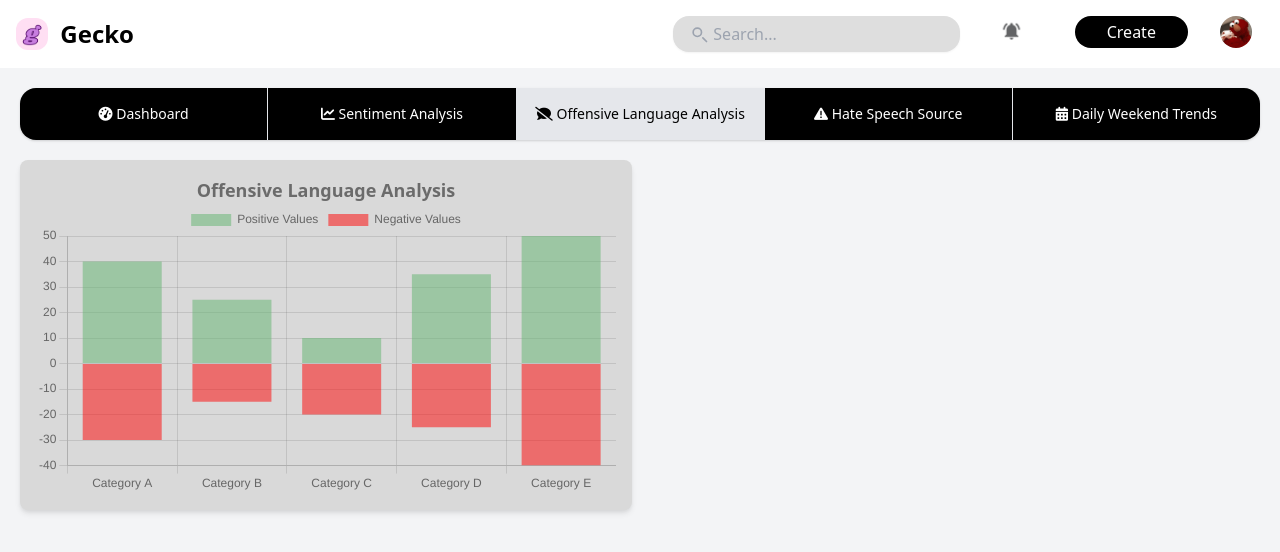
Repository: theamgri/thesis-website-nextjs
Page: OLA.html
These files come from the project's save history. The page is drawn as it stood at one moment and after the next save; the edit follows.
The browser window is 1280 px wide. The pictures show the whole page.

Above is the page before, as saved 2023-10-07 10:20:24.

After the next save:
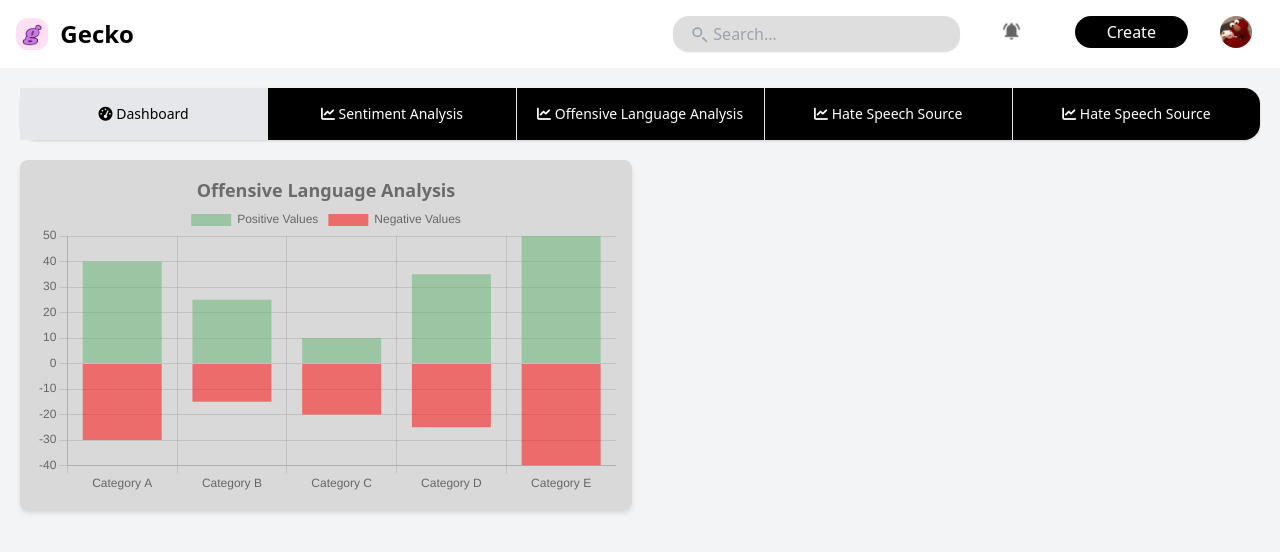
Saved 107 s later.
--- a/OLA.html
+++ b/OLA.html
@@ -91,34 +91,72 @@
     </select>
   </div>
   <ul class="m-5 rounded-2xl drop-shadow-xl hidden text-sm font-medium text-center text-white divide-x divide-gray-200 rounded-lg shadow sm:flex bg-black dark:bg-gray-900 dark:divide-gray-700">
-      <li class="w-full">
-          <a href="#" class="inline-block font-medium w-full p-4 hover:text-white focus:ring-4 focus:ring-blue-300 focus:outline-none dark:hover:bg-gray-700" aria-current="page">
-              <i class="fas fa-tachometer-alt"></i> Dashboard
-          </a>
-      </li>
-      <li class="w-full">
-          <a href="#" class="inline-block font-medium w-full p-4 hover:text-white focus:ring-4 focus:ring-blue-300 focus:outline-none dark:hover:bg-gray-700">
-              <i class="fas fa-chart-line"></i> Sentiment Analysis
-          </a>
-      </li>
-
-
-      <li class="w-full">
-          <a href="#" class="inline-block font-medium w-full p-4 text-black bg-gray-200 focus:ring-4 focus:ring-blue-300 focus:outline-none">
-              <i class="fas fa-comment-slash"></i> Offensive Language Analysis
-          </a>
-      </li>
-      <li class="w-full">
-          <a href="#" class="inline-block font-medium w-full p-4 hover:text-white focus:ring-4 focus:ring-blue-300 focus:outline-none dark:hover:bg-gray-700">
-              <i class="fas fa-exclamation-triangle"></i> Hate Speech Source
-          </a>
-      </li>
-      <li class="w-full">
-          <a href="#" class="inline-block font-medium w-full p-4 rounded-r-lg hover:text-white focus:ring-4 focus:outline-none focus:ring-blue-300 dark:hover:bg-gray-700">
-              <i class="fas fa-calendar-alt"></i> Daily Weekend Trends
-          </a>
-      </li>
-  </ul>
+    <li class="w-full">
+        <a href="#" class="inline-block font-medium w-full p-4 text-black bg-gray-200 focus:ring-4 focus:ring-blue-300 focus:outline-none" aria-current="page">
+            <i class="fas fa-tachometer-alt"></i> Dashboard
+        </a>
+    </li>
+    <li class="w-full">
+        <!-- Add an ID to the link for JavaScript -->
+        <a id="sentimentLink" href="#" class="inline-block font-medium w-full p-4 hover:text-white focus:ring-4 focus:ring-blue-300 focus:outline-none dark:hover:bg-gray-700">
+            <i class="fas fa-chart-line"></i> Sentiment Analysis
+        </a>
+    </li>
+    <script>
+        // Get a reference to the link
+        const sentimentLink = document.getElementById("sentimentLink");
+
+        // Add a click event listener to the link
+        sentimentLink.addEventListener("click", function(event) {
+            // Prevent the default behavior (e.g., navigating to #)
+            event.preventDefault();
+
+            // Navigate to sentiment.html
+            window.location.href = "sentiment.html";
+        });
+    </script>
+    <li class="w-full">
+        <a id="offensivelang" href="#" class="inline-block font-medium w-full p-4 hover:text-white focus:ring-4 focus:ring-blue-300 focus:outline-none dark:hover:bg-gray-700">
+            <i class="fas fa-chart-line"></i> Offensive Language Analysis
+        </a>
+    </li>
+    <script>
+        // Get a reference to the link
+        const offensivelang = document.getElementById("offensivelang");
+
+        // Add a click event listener to the link
+        offensivelang.addEventListener("click", function(event) {
+            // Prevent the default behavior (e.g., navigating to #)
+            event.preventDefault();
+
+            // Navigate to sentiment.html
+            window.location.href = "OLA.html";
+        });
+    </script>
+    <li class="w-full">
+        <a id="hatespeech" href="#" class="inline-block font-medium w-full p-4 hover:text-white focus:ring-4 focus:ring-blue-300 focus:outline-none dark:hover:bg-gray-700">
+            <i class="fas fa-chart-line"></i> Hate Speech Source
+        </a>
+    </li>
+    <script>
+        // Get a reference to the link
+        const hatespeech = document.getElementById("hatespeech");
+
+        // Add a click event listener to the link
+        hatespeech.addEventListener("click", function(event) {
+            // Prevent the default behavior (e.g., navigating to #)
+            event.preventDefault();
+
+            // Navigate to sentiment.html
+            window.location.href = "hatespeech.html";
+        });
+    </script>
+    <li class="w-full">
+        <a id="dailweektrend" href="#" class="inline-block font-medium w-full p-4 hover:text-white focus:ring-4 focus:ring-blue-300 focus:outline-none dark:hover:bg-gray-700">
+            <i class="fas fa-chart-line"></i> Hate Speech Source
+        </a>
+    </li>
+</ul>
   <!-- <div class="container mx-auto mt-0"> -->
   <div class="m-5 grid grid-cols-1 md:grid-cols-2 lg:grid-cols-2 xl:grid-cols-2 gap-4">
     <!-- Container 1 -->
